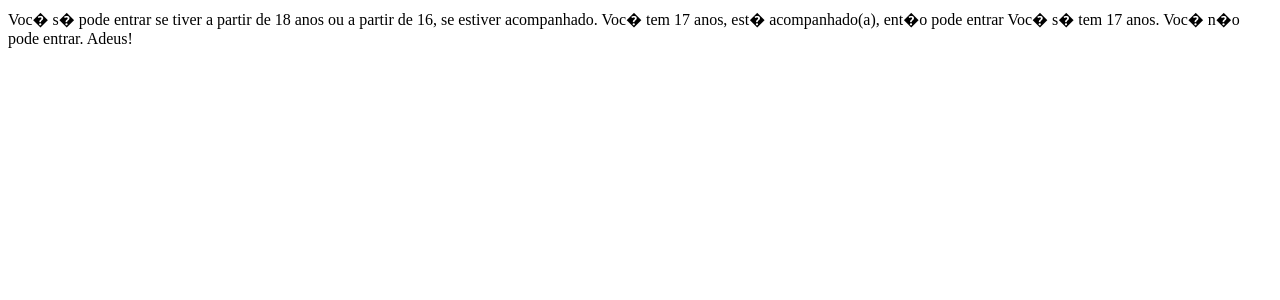
Repository: jpaulopd/PHP
Page: http://localhost/decisoes.php
The author's editor kept a copy of each file at every save. The page is drawn from the files as they stood at one save, then again after the next save.
The browser window is 1280 px wide. The pictures show the whole page.
The page is run by PHP 8.4 with error messages shown; the project is at /var/www/html/.

Above is the page before, as saved 2019-05-22 13:20:56.

### eclipsePhp-workspace/php-primeiros-passos/decisoes.php
<?php

$idade = 17;
$numPessoas = 2;

echo "Você só pode entrar se tiver a partir de 18 anos ou ";
echo "a partir de 16, se estiver acompanhado." . PHP_EOL;

if ($idade >= 18) {
    echo "Voce tem $idade anos. Pode entrar";
} else {
    if($idade >= 16 && $numPessoas > 1){
        echo "Você tem $idade anos, está acompanhado(a), então pode entrar" . PHP_EOL;
    }
    echo "Você só tem $idade anos. Você não pode entrar.";
}

echo PHP_EOL;

echo "Adeus!";

After the next save:
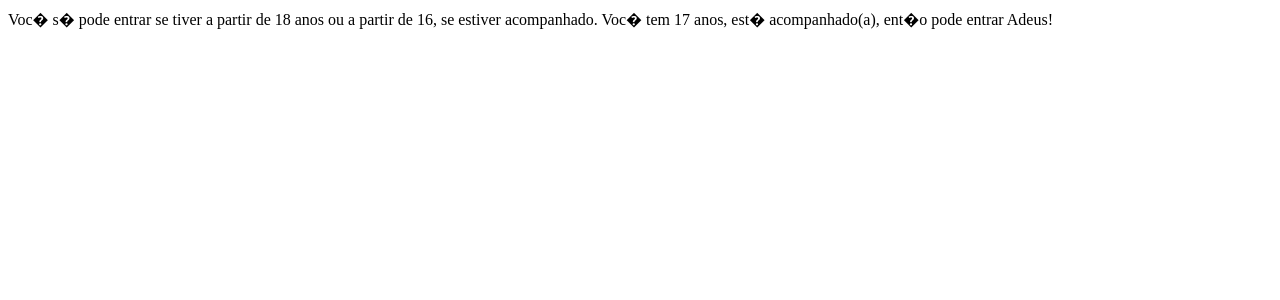
Saved 34 s later.
--- a/eclipsePhp-workspace/php-primeiros-passos/decisoes.php
+++ b/eclipsePhp-workspace/php-primeiros-passos/decisoes.php
@@ -11,8 +11,10 @@ if ($idade >= 18) {
 } else {
     if($idade >= 16 && $numPessoas > 1){
         echo "Você tem $idade anos, está acompanhado(a), então pode entrar" . PHP_EOL;
+    } else {
+        echo "Você só tem $idade anos. Você não pode entrar.";
     }
-    echo "Você só tem $idade anos. Você não pode entrar.";
+
 }
 
 echo PHP_EOL;
